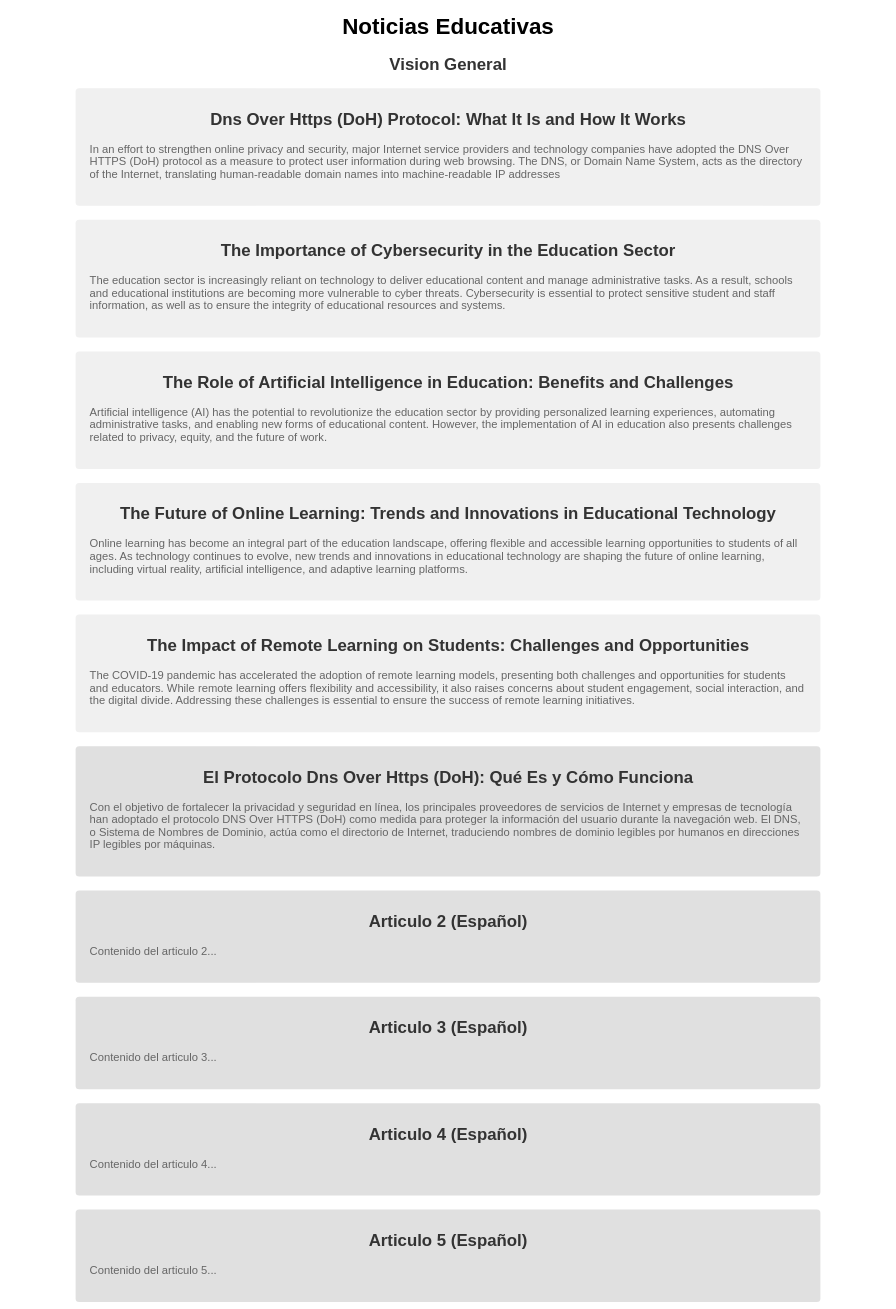
Repository: ByteFros/ramon
Page: ejercicio.html
An editor plug-in stored every save of this project. The page is shown before and after the next save, followed by the edit.
The browser window is 1280 px wide. The pictures show the part of the page from y = 0 to 1870 px (the page is 1969 px tall before and 2149 px after), at 70% of full size.
A picture or video elsewhere on the page could not be fetched, so the positions and the page height are approximate.

Above is the page before, as saved 2024-02-06 19:17:30.

After the next save:
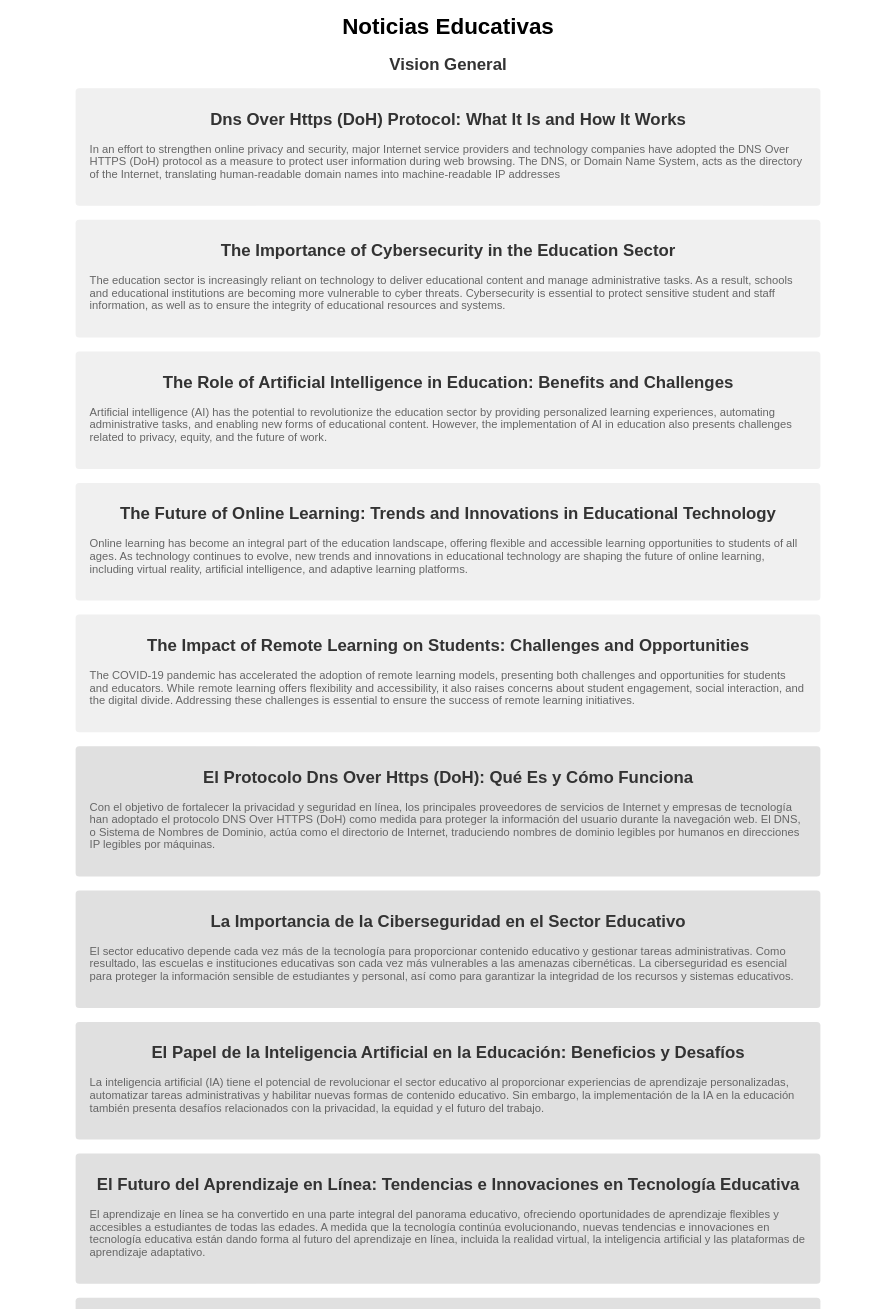
Saved 55 s later.
--- a/ejercicio.html
+++ b/ejercicio.html
@@ -94,23 +94,64 @@
     </article>
 
     <article class="spanish-article">
-      <h2>Articulo 2 (Español)</h2>
-      <p>Contenido del articulo 2...</p>
+      <h2>
+        La Importancia de la Ciberseguridad en el Sector Educativo
+      </h2>
+      <p>
+        El sector educativo depende cada vez más de la tecnología para
+        proporcionar contenido educativo y gestionar tareas administrativas. Como
+        resultado, las escuelas e instituciones educativas son cada vez más
+        vulnerables a las amenazas cibernéticas. La ciberseguridad es esencial
+        para proteger la información sensible de estudiantes y personal, así
+        como para garantizar la integridad de los recursos y sistemas educativos.
+      </p>
     </article>
 
     <article class="spanish-article">
-      <h2>Articulo 3 (Español)</h2>
-      <p>Contenido del articulo 3...</p>
+      <h2>
+        El Papel de la Inteligencia Artificial en la Educación: Beneficios y
+        Desafíos
+      </h2>
+      <p>
+        La inteligencia artificial (IA) tiene el potencial de revolucionar el
+        sector educativo al proporcionar experiencias de aprendizaje
+        personalizadas, automatizar tareas administrativas y habilitar nuevas
+        formas de contenido educativo. Sin embargo, la implementación de la IA
+        en la educación también presenta desafíos relacionados con la privacidad,
+        la equidad y el futuro del trabajo.
+      </p>
     </article>
 
     <article class="spanish-article">
-      <h2>Articulo 4 (Español)</h2>
-      <p>Contenido del articulo 4...</p>
+      <h2>
+        El Futuro del Aprendizaje en Línea: Tendencias e Innovaciones en
+        Tecnología Educativa
+      </h2>
+      <p>
+        El aprendizaje en línea se ha convertido en una parte integral del
+        panorama educativo, ofreciendo oportunidades de aprendizaje flexibles y
+        accesibles a estudiantes de todas las edades. A medida que la tecnología
+        continúa evolucionando, nuevas tendencias e innovaciones en tecnología
+        educativa están dando forma al futuro del aprendizaje en línea, incluida
+        la realidad virtual, la inteligencia artificial y las plataformas de
+        aprendizaje adaptativo.
+      </p>
     </article>
 
     <article class="spanish-article">
-      <h2>Articulo 5 (Español)</h2>
-      <p>Contenido del articulo 5...</p>
+      <h2>
+        El Impacto del Aprendizaje Remoto en los Estudiantes: Desafíos y
+        Oportunidades
+      </h2>
+      <p>
+        La pandemia de COVID-19 ha acelerado la adopción de modelos de
+        aprendizaje remoto, presentando desafíos y oportunidades para estudiantes
+        y educadores. Si bien el aprendizaje remoto ofrece flexibilidad y
+        accesibilidad, también plantea preocupaciones sobre la participación de
+        los estudiantes, la interacción social y la brecha digital. Abordar estos
+        desafíos es esencial para garantizar el éxito de las iniciativas de
+        aprendizaje remoto.
+      </p>
     </article>
 
     <!-- RSS Feed -->
